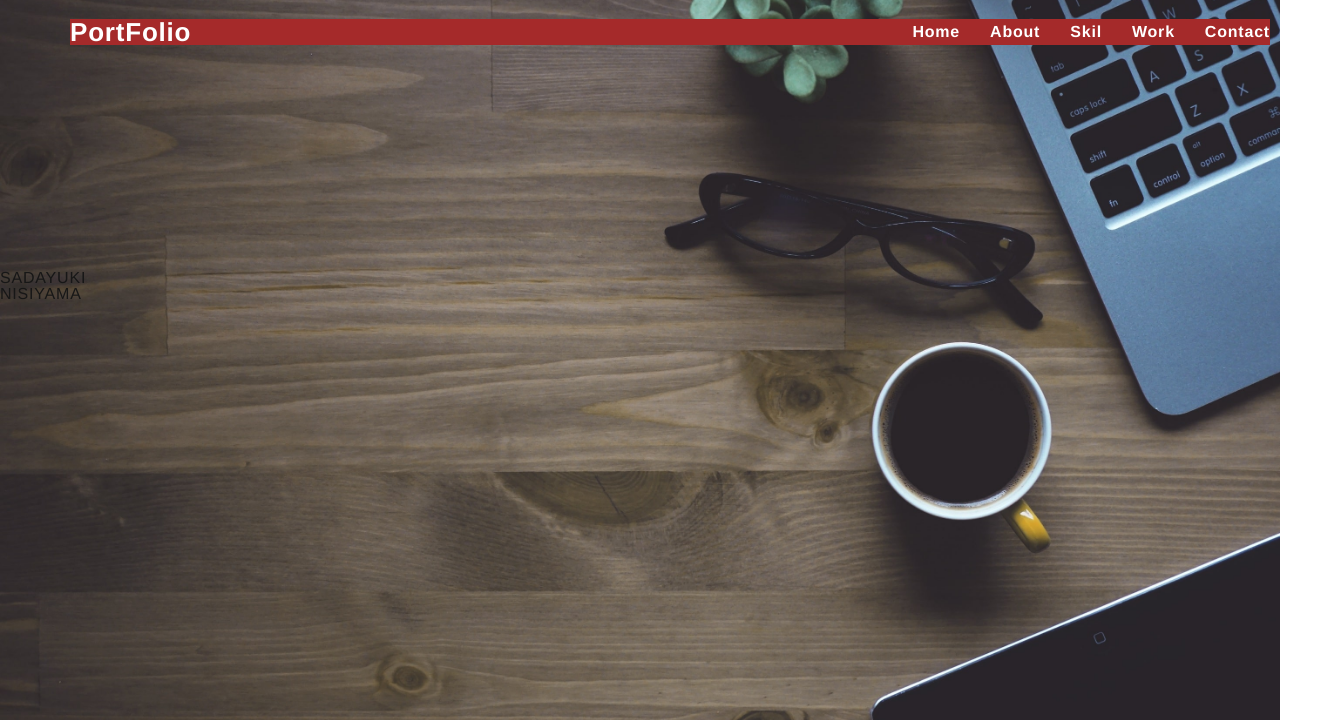
Repository: sadayuki15/portfolio
Page: index.html
The author's editor kept a copy of each file at every save. The page is drawn from the files as they stood at one save, then again after a run of saves.
The browser window is 1280 px wide. The page is 1340 px wide, so the pictures cover 1340 px, including what lies to the right of the window. The pictures show the whole page.

Above is the page before, as saved 2021-04-21 12:19:08.

### index.html
<!DOCTYPE html>
<html lang="ja">
<head>
  <meta charset="UTF-8">
  <meta http-equiv="X-UA-Compatible" content="IE=edge">
  <meta name="viewport" content="width=device-width, initial-scale=1.0">
  <link rel="stylesheet" href="./css/reset.css">
  <link rel="stylesheet" href="./css/style.css">
  <title>Document</title>
</head>
<body>
  <!-- header -->
  <header class="header">
    <div class="header-inner">
      <h1 class="header-title">PortFolio</h1>
      <nav class="header-nav">
        <ul class="nav-list">
          <li class="nav-item"><a href="#">Home</a></li>
          <li class="nav-item"><a href="#">About</a></li>
          <li class="nav-item"><a href="#">Skil</a></li>
          <li class="nav-item"><a href="#">Work</a></li>
          <li class="nav-item"><a href="#">Contact</a></li>
        </ul>
      </nav>
    </div>
  </header>
  <!-- //header -->

  <main>
  <!-- fv -->
  <div class="fv">
    <div class="main-copy">
      <p class="main-title">
        SADAYUKI<br>
        NISIYAMA
      </p>
    </div>
  </div>







  </main>

</body>
</html>

### css/style.css
html {
  font-size: 62.5%;
}
body {
  font-size: 1.6rem;
  letter-spacing: .05em;
  color: #171717;
  font-family: Helvetica, '游ゴシック', 'Yu Gothic', YuGothic, HiraKakuProN-W3, 'メイリオ', Meiryo, sans-serif;
}

/*-------header-------*/
.header {
  width: 100%;
  padding: 19px 30px;
  position: absolute;
  top: 0;
  left: 0;
  z-index: 1;
  transition: .3s;
  color: #fff;
}
.header-inner {
  max-width: 1200px;
  margin: 0 auto;
  display: flex;
  justify-content: space-between;
  align-items: center;
  background-color: brown;
}
.header-title {
  font-size: 2.6rem;
}
.nav-list {
  display: flex;
}
.nav-item a {
  display: block;
  color: #fff;
  font-weight: bold;
  text-decoration: none;
  transition: .3s;
}
.nav-item {
  margin-right: 30px;
}
.nav-item:last-of-type {
  margin-right: 0;
}
.nav-item a:hover {
  opacity: .7;
  transition: .3s;
}

/*-------fv-------*/
.fv {
  height: 100vh;
  min-height: 550px;
  background-image: url(../img/fv-top.jpg);
  background-size: cover;
  background-position: center;
  position: relative;
}
.main-copy {
  position: absolute;
  top: 270px;

}

Loaded but not shown: css/reset.css (common file)

After the next 2 saves:
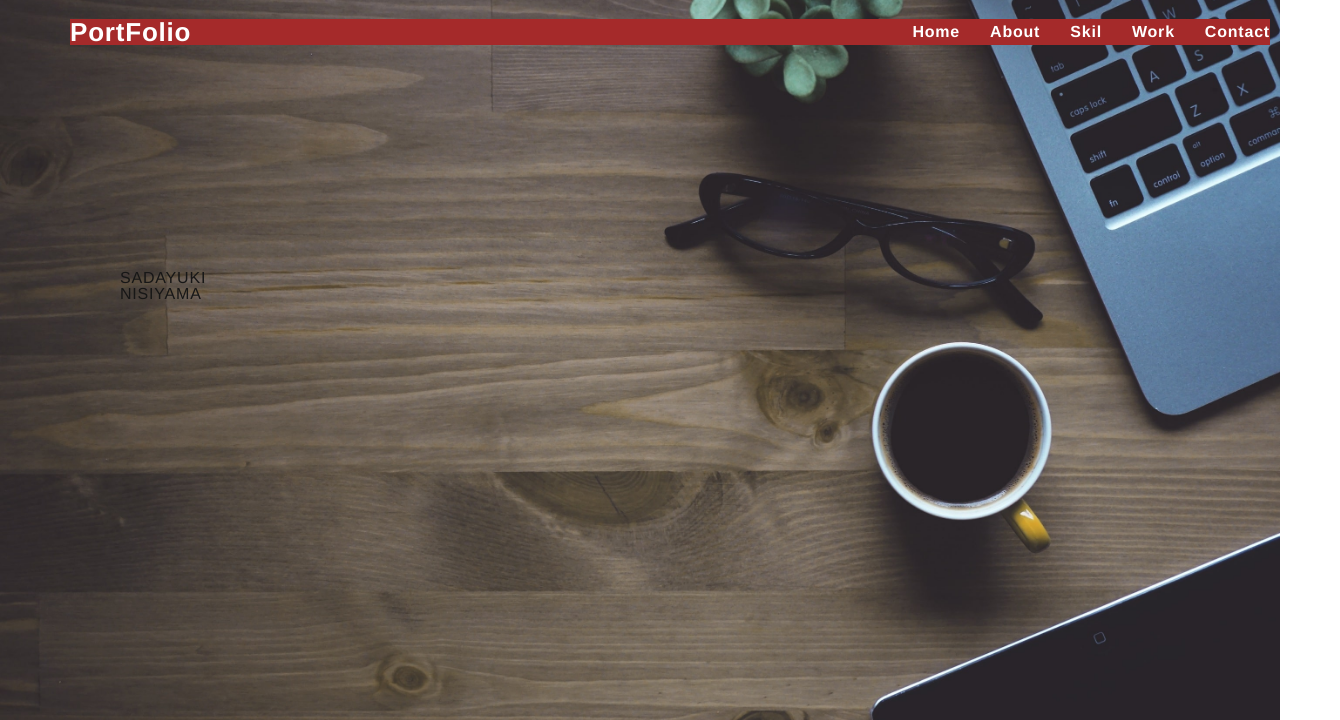
The 2 saves are shown as one change because they came seconds apart.
The last was saved 6 s later.
--- a/css/style.css
+++ b/css/style.css
@@ -63,5 +63,5 @@
 .main-copy {
   position: absolute;
   top: 270px;
-
+  left: 120px;
 }
